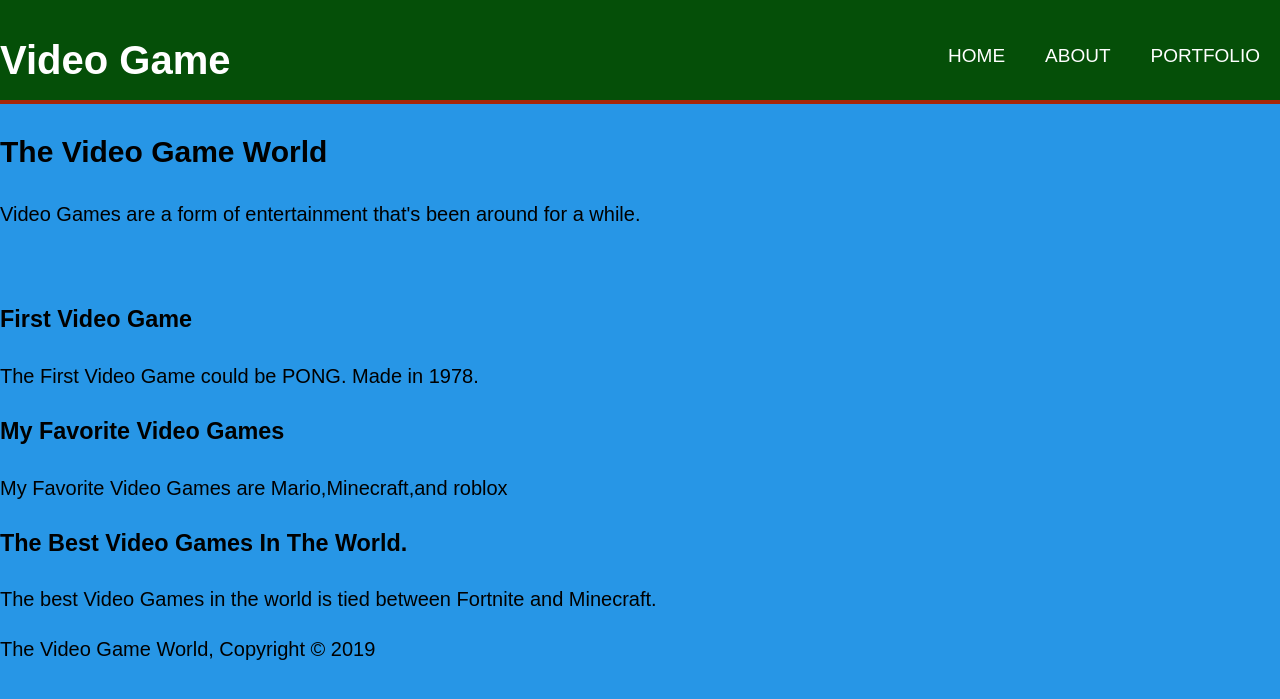
Repository: AndreeBroG/AndreeBroG.github.io
Page: Index.html
The author's editor kept a record of every edit. The page is drawn from the files as they stood at one moment, then again after the next edit.
The browser window is 1280 px wide. The pictures show the whole page.

Above is the page before.

After the next edit:
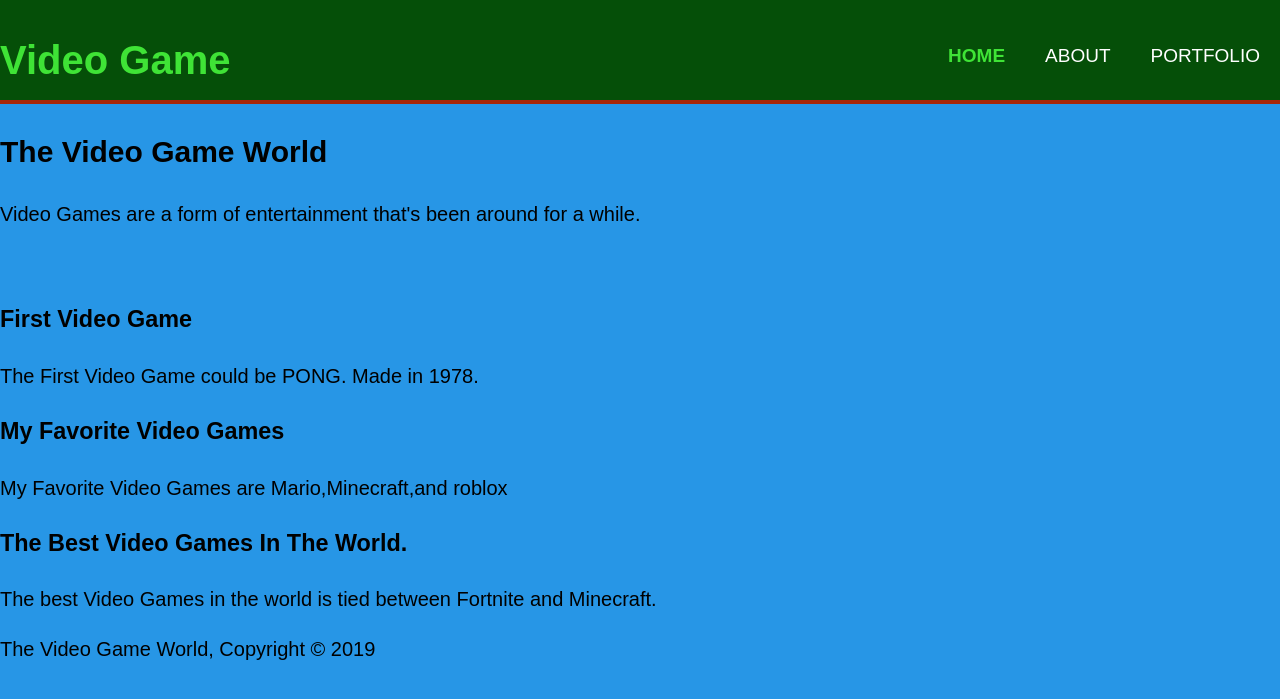
The edit:
--- a/Me Styles.css/My Styles.css
+++ b/Me Styles.css/My Styles.css
@@ -44,5 +44,9 @@
  	  header nav{
  	      float:right;
  	      margin-top:10px;
+ 	  }
+ 	   header .highlight, header .current a{
+ 	       color:#3fe336;
+ 	       font-weight:bold;
 
- 	  }
+ 	   }
